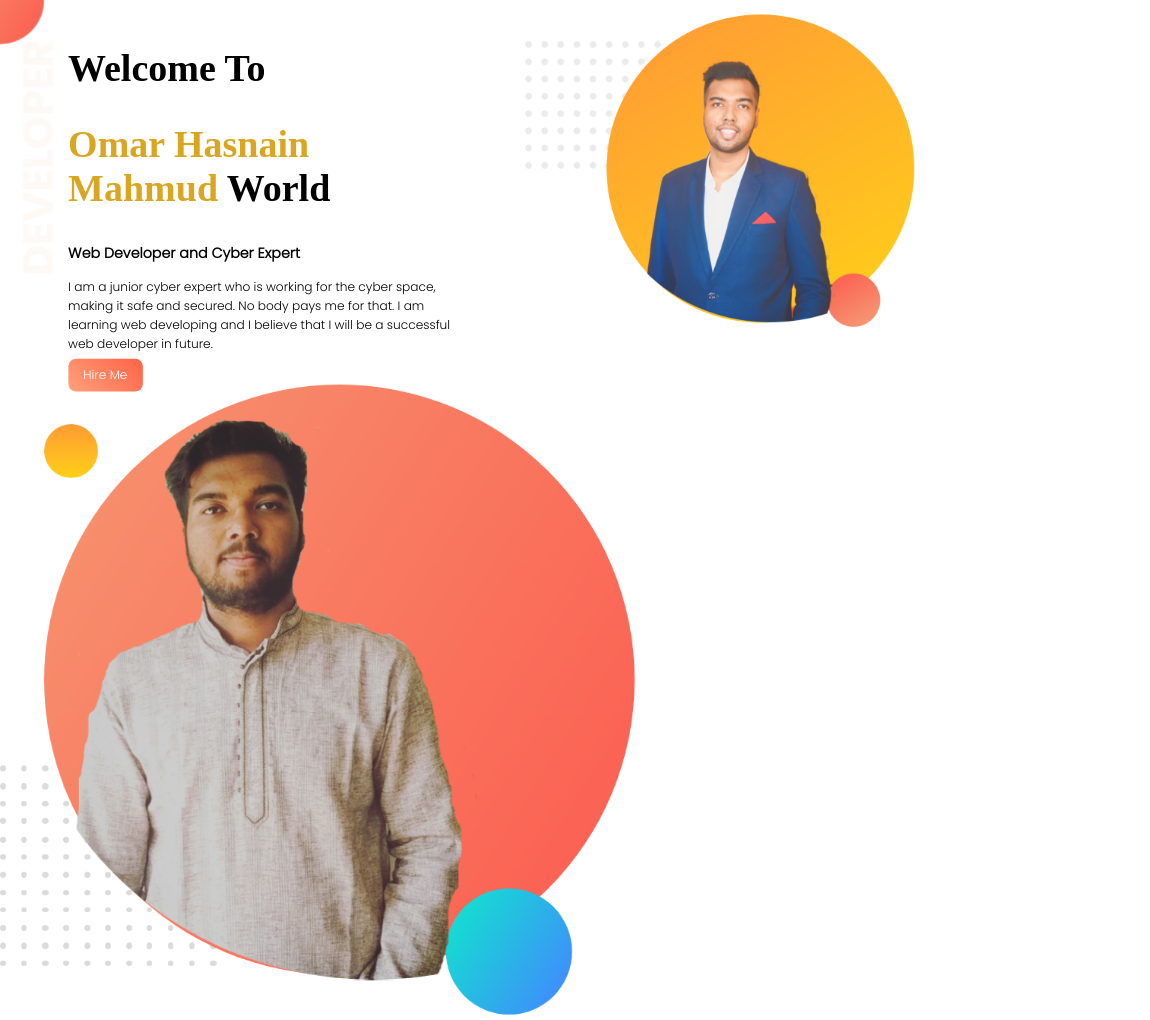
Repository: omarhasnain/web-portfolio
Page: index.html
An editor plug-in stored every save of this project. The page is shown before and after the next save, followed by the edit.
The browser window is 1280 px wide. The page is 1280 px wide, then 1513 px, so the pictures cover 1513 px, including what lies to the right of the window. The pictures show the whole page, at 76% of full size.
Some web fonts or font styles are not loaded; a fallback is used.

Above is the page before, as saved 2021-01-05 23:03:38.

After the next save:
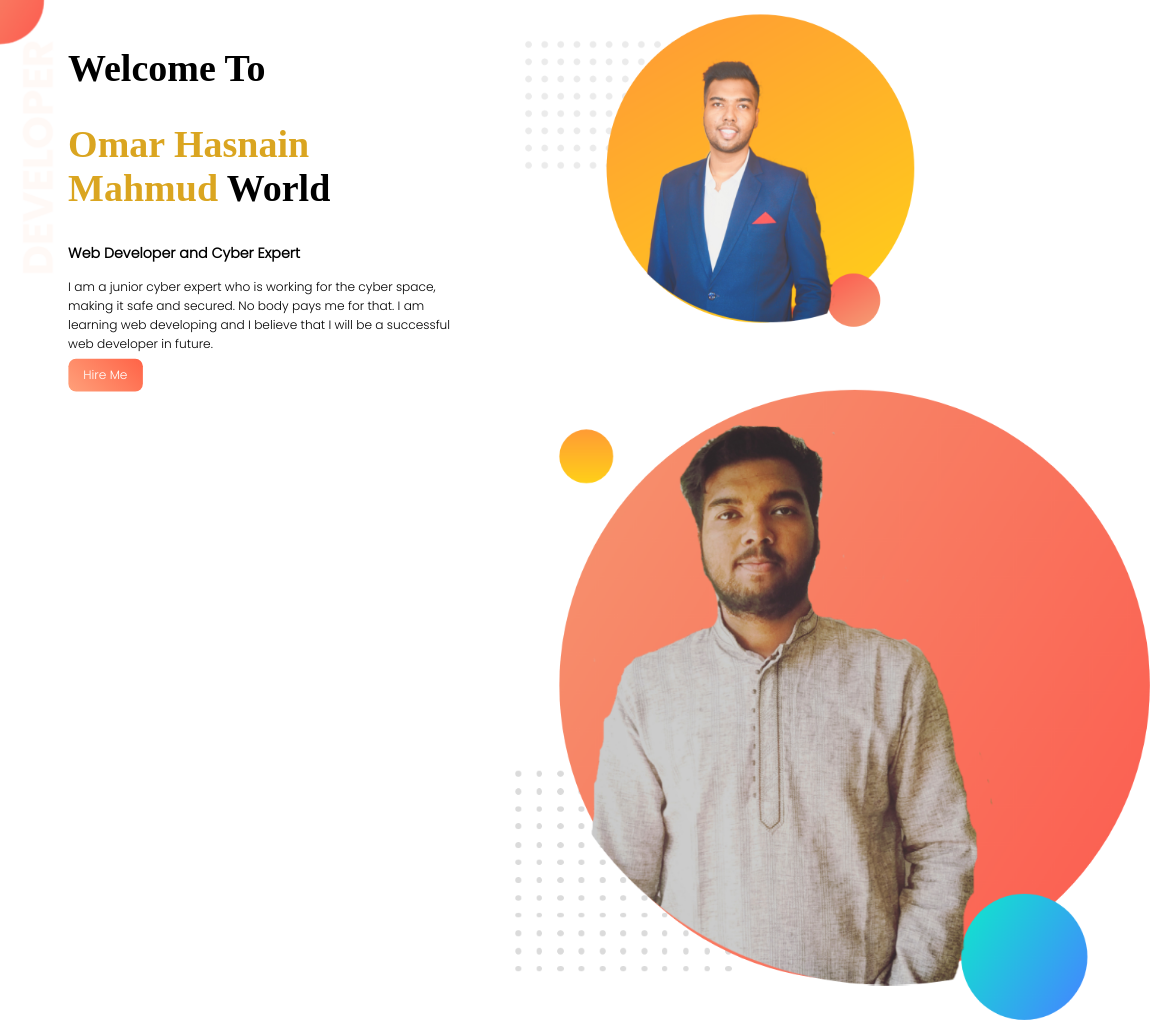
Saved 77 s later.
--- a/web portfolio style.css
+++ b/web portfolio style.css
@@ -39,3 +39,11 @@
     color: white;
     font-weight: 580;
 }
+.again-half-width{
+    width: 40%;
+    float: right;
+    margin-right: 5%;
+    padding-right: 2%;
+    padding-top: 1%;
+
+}
